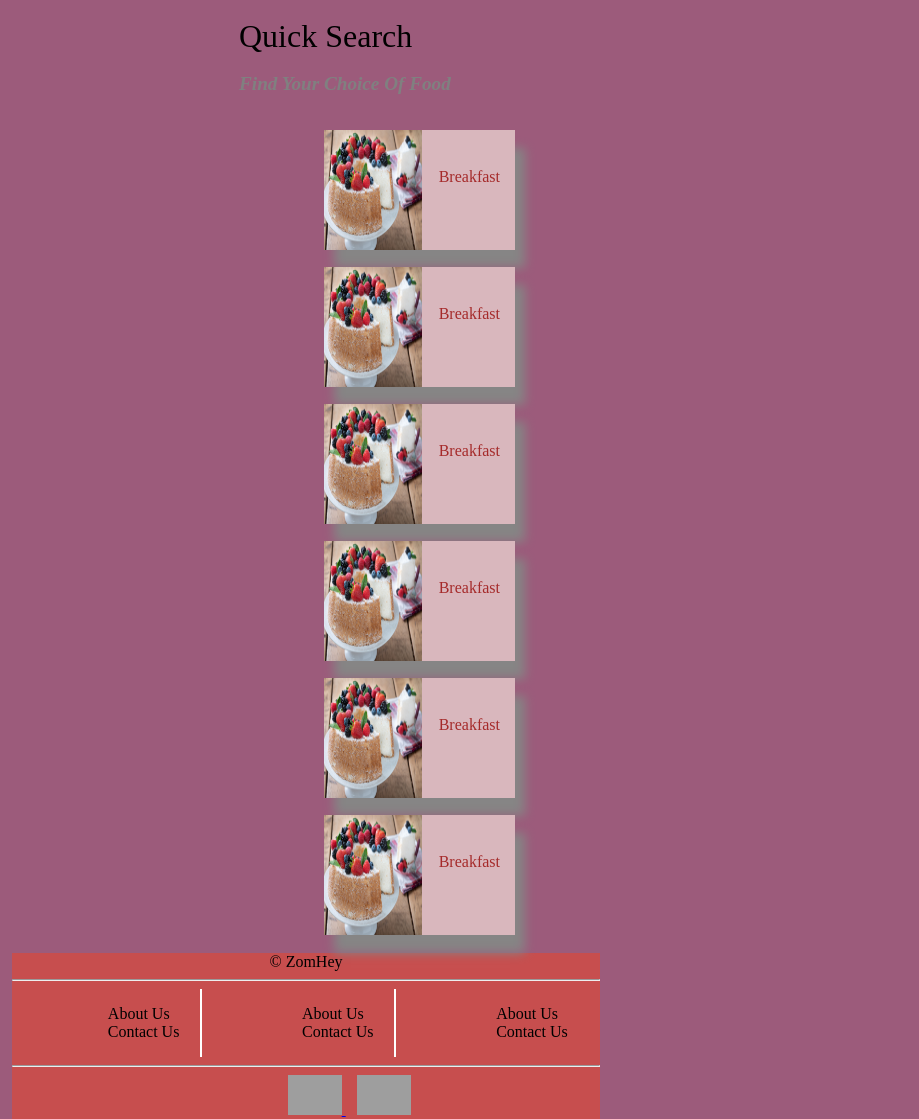
Repository: dashmeenkalra/dashmeen_kalra
Page: css,bootstrap/CSS/zom.html
The author's editor kept a copy of each file at every save. The page is drawn from the files as they stood at one save, then again after the next save.
The browser window is 600 px wide. The page is 919 px wide, so the pictures cover 919 px, including what lies to the right of the window. The pictures show the part of the page from y = 465 to 1584 px (the page is 1584 px tall).
Pictures or frames that could not be fetched are drawn as grey boxes.

Above is the page before, as saved 2023-03-27 09:44:24.

### css,bootstrap/CSS/zom.html
<html>
    <head>
        <link href="zom.css" rel="stylesheet" />
        <title>
            ZomatoClone
        </title>
    </head>
    <body>
    <header>
<div id="container">
        <div class="name">
            ZomHey
        </div>
    </header>
        <div id="sec1">
        <div class="logo">
            <span>Welcome</span> <!--span used because it take particular amount space ,heading tag <h1 to h6 wont work>-->
        </div>
            <div id="log1">
            Find Stores Near Your Doorstep
            </div>
            <div id="dropdown">
            <select>
                <option>
                    ---Select Your City---
                </option>
            </select>
            <select>
                <option>
                ---Select Restaurants---
                </option>
            </select>
            </div>
    </div>
    <div id="sec2">
        <span class="heading1">Quick Search</span>
        <p>Find Your Choice Of Food</p>
        <div class="inbox">
            <div class="subin1">
            <img src="images/cake.jpg" alt="cakes"/>
            </div>
            <div class="C1">
                <a href="listing.html" target="_blank">Breakfast</a>
             </div>
        </div>
        <div class="inbox">
            <div class="subin1">
            <img src="images/cake.jpg" alt="cakes"/>
            </div>
            <div class="C1">
                <a href="listing.html" target="_blank">Breakfast</a>
            </div>
        </div>
        <div class="inbox">
            <div class="subin1">
            <img src="images/cake.jpg" alt="cakes"/>
        </div>
        <div class="C1">
            <a href="listing.html" target="_blank">Breakfast</a>
         </div>
    </div>
        <div class="inbox">
            <div class="subin1">
             <img src="images/cake.jpg" alt="cakes"/>
            </div>
            <div class="C1">
                <a href="listing.html" target="_blank">Breakfast</a>
             </div>
        </div>
        <div class="inbox">
            <div class="subin1">
            <img src="images/cake.jpg" alt="cakes"/>
            </div>
            <div class="C1">
                <a href="listing.html" target="_blank">Breakfast</a>
             </div>
        </div>
        <div class="inbox">
            <div class="subin1">
            <img src="images/cake.jpg" alt="cakes"/>
            </div>
            <div class="C1">
                <a href="listing.html" target="_blank">Breakfast</a>
             </div>
        </div>
    </div>
    <footer>
        <div class = "myfoot">
            &copy; ZomHey
        </div>
        <hr/>
        <div class="footc">
           <ul>
            <li>
                About Us
            </li>
            <li>
                Contact Us
            </li>
        </ul>
        </div>
        <div class="footc">
            <ul>
             <li>
                 About Us
             </li>
             <li>
                 Contact Us
             </li>
         </ul>
         </div>
         <div class="footc noborder">
            <ul>
             <li>
                 About Us
             </li>
             <li>
                 Contact Us
             </li>
         </ul>
         </div>
         <hr/>
        <a href="https://www.facebook.com/zomato/">
        <img src="https://i.ibb.co/rZ1CYYT/fb.jpg"
        target="_blank" alt="zomfb" id="imag"/> <!--used imgbb.com site for pic link-->
       </a>
        <a href="https://www.instagram.com/zomato/">
        <img src="https://i.ibb.co/hyMS2bJ/insta.jpg"
        target="_blank" alt="zominsta" id="imag1" />
        </a>
    </footer>
</div>
    </body>
</html>

### css,bootstrap/CSS/zom.css
/* margin can also be 0px */
body{
    margin: 0px;
    background-color: rgb(225, 163, 173);
}
header{
    background-color: rgb(199, 78, 78);
    height: 65px;
}
#container{
    display: inline-block;
}
.name{
    font-size: 50px;
    color:rgb(231, 237, 239);
    font-weight:bolder ;
    margin-top: 1%;
    margin-left: 1%;
}
#sec1{
    background-color: rgb(225, 163, 173) ;
    height:400px;
    background-image: url('https://i.ibb.co/R3j8z8S/assorted-foods-on-table-1391301.jpg');
    background-size: cover;
    background-repeat: no-repeat;
}
.logo{
    width:100px;
    height:100px;
    background-color: rgb(229, 210, 210);
    border-radius: 50%;
    margin-left: 45%;
    margin-top: 1%;
    position: absolute;
    font-size: 20px;
}
.logo > span{
    font-weight: bold;
    color:rgb(152, 64, 64);
    margin-left: 13%;
    margin-top: 34%;
    position: absolute;
}
#log1{
    color: white;
    font-weight:bolder ;
    font-size: 50px;
    margin-top: 11%;
    margin-left: 19%;
    position: absolute;
}
#dropdown{
    margin-top: 20%;
    margin-left: 35%;
    position: absolute;
}
select{
    height:40px;
    width:163px;
}
#sec2{
    /* background-color: rgb(225, 163, 173);  */
    display: inline-block; /*no need to give height it will fix the height automatically , you can add how much content you want to it will make space itself*/
    width:850px;
    margin-left: 11.5%;
    margin-top: 3%;
    margin-bottom: 3%;

   /* border: 4px dotted black; */
}
.heading1{
    font-size: xx-large;
    color: black;
    display: block; /*used to get the content in the next line  ----and----display:inline-block is used to get content in the same line*/
    margin-left: 12%;
}
.heading1:hover{
    color:rgb(9, 237, 203);
}
p{
    color:gray;
    font-style: italic;
    font-weight: bolder;
    font-size: larger;
    line-height:1; /* for more space between lines above and down*/
    margin-left: 10%;
}
p:hover{
    color:antiquewhite;
    box-shadow: 8px 12px 8px white;
}
.inbox{
 width:22.5%;
 height:120px;
 background-color:rgb(217, 183, 189);
 margin-left:10%;
 margin-top:2%;
 float: left;
 box-shadow: 10px 18px 10px  rgb(134, 133, 133); /*10 px tells how much left right it would move , next 20px shows how much up and down the and the next 10px is for how lighter or darker*/
}
.subin1{
    width:52%;
    float: left;
}
.subin1>img{
    height:120px;
    width:98px;
}
.C1{
text-align: center;
margin-top: 20%;
}
.C1 > a{
    text-decoration: none; /*removes the underline of a link content*/
    color: brown !important; /*important used to override a situation if the color is not getting applied*/
}
footer{
    background-color: rgb(199, 78, 78);
}
.myfoot{
    text-align: center;
}
.footc{
    display: inline-block;
    border-right: 2px solid white;
    margin-left: 2%;
    width: 30%;
}
.noborder{
    border: none;
}
ul{
    list-style-type: none;
    margin-left: 25%;
}
#imag
{
    height:40px;
    margin-left: 47%;

}
#imag1{
    height:40px;
    margin-left: 2%;
}
/* media query for responsive design */
@media screen and (max-width:1164px){
body{
    background-color: rgb(225, 163, 173) ;
}
}
@media screen and (max-width:1084px){
    body{
        background-color: rgb(153, 120, 156) ;
    }
    }
@media screen and (max-width:988px){
    body{
            background-color: rgb(122, 111, 153) ;
        }
        }
@media screen and (max-width:917px){
    body{
            background-color: rgb(48, 210, 235) ;
        }
    .inbox{
        margin-left: 6%;
    }
        }
@media screen and (max-width:897px){
    body{
            background-color: rgb(103, 129, 109) ;
        }
        .inbox{
            margin-left:5% ;
        }
        }
@media screen and (max-width:754px){
            body{
                    background-color: rgb(72, 186, 99) ;
                }
                .inbox{
                    margin-left:12% ;
                }
                }
@media screen and (max-width:751px){
    body{
            background-color: rgb(156, 91, 123) ;
        }
    .inbox{
        margin-left:30%;
    }
    .heading1{
        margin-left:20%;
    }
    p{
        margin-left:20%;
    }
    footer{
        margin-left: 2%;
    }
        }

After the next save:
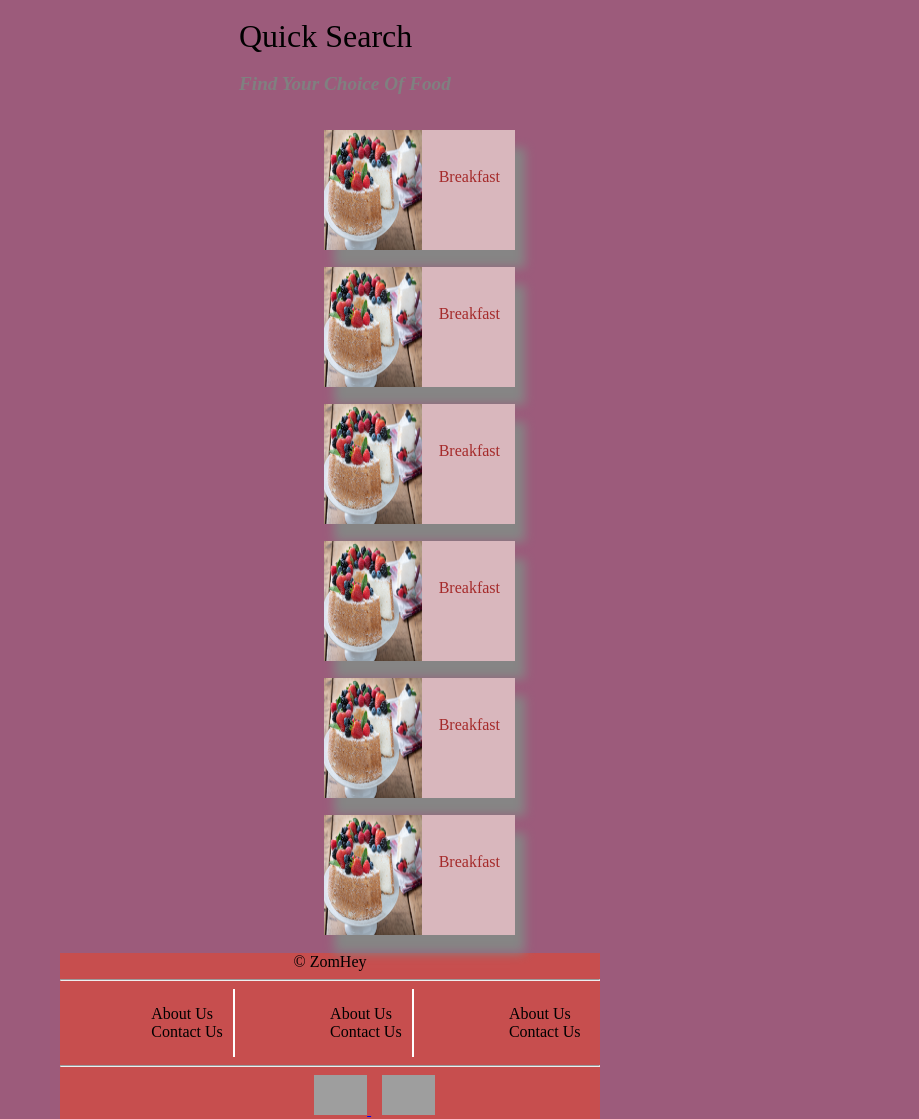
Saved 41 s later.
--- a/css,bootstrap/CSS/zom.css
+++ b/css,bootstrap/CSS/zom.css
@@ -197,6 +197,6 @@ body{
         margin-left:20%;
     }
     footer{
-        margin-left: 2%;
-    }
-        }
+        margin-left: 10%;
+    }
+        }
